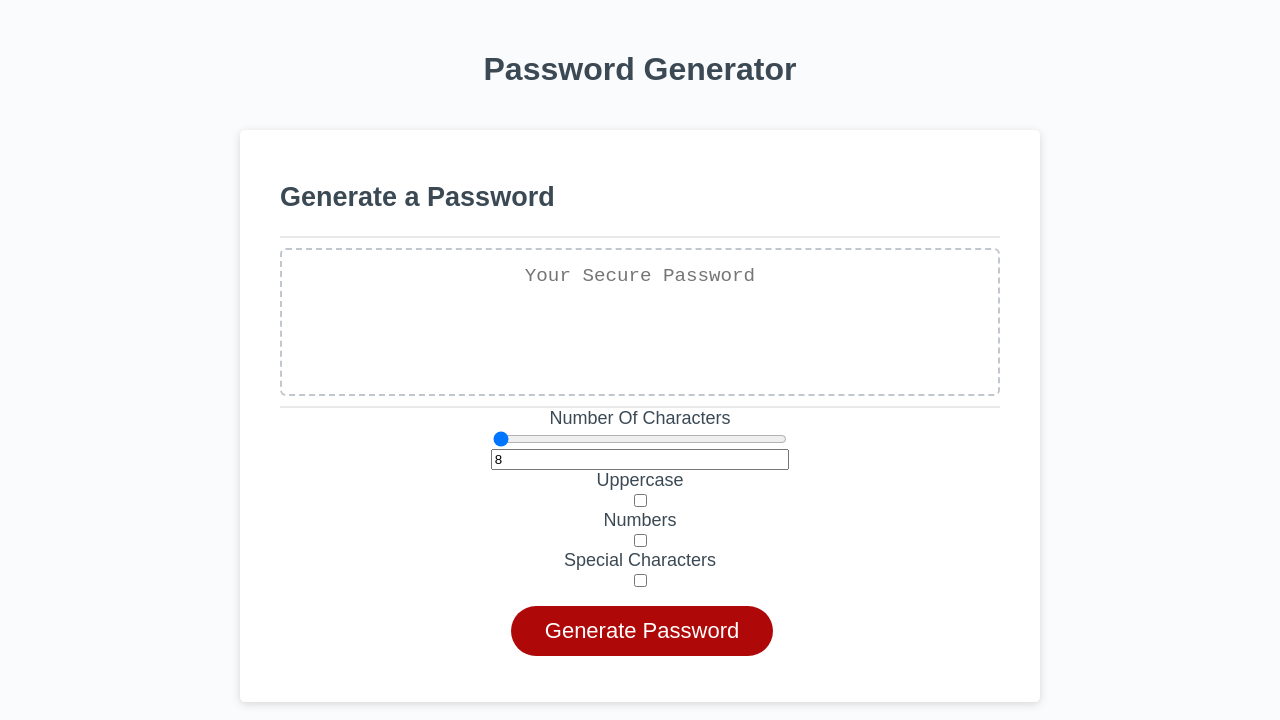
Repository: pnguyen6910/random-password-generator.pnguyen6910
Page: index.html
These files come from the project's save history. The page is drawn as it stood at one moment and after the next save; the edit follows.
The browser window is 1280 px wide. The pictures show the whole page.

Above is the page before, as saved 2021-02-06 17:28:35.

### index.html
<!DOCTYPE html>
<html lang="en">
  <head>
    <meta charset="UTF-8" />
    <meta name="viewport" content="width=device-width, initial-scale=1.0" />
    <meta http-equiv="X-UA-Compatible" content="ie=edge" />
    <title>Password Generator</title>
    <link rel="stylesheet" href="style.css" />
  </head>
  <body>
    <div class="wrapper">
      <header>
        <h1>Password Generator</h1>
      </header>
      <div class="card">
        <div class="card-header">
          <h2>Generate a Password</h2>
        </div>
        <div class="card-body">
          <textarea
            readonly
            id="password"
            placeholder="Your Secure Password"
            aria-label="Generated Password"
          ></textarea>
        </div>
        <div class="card-footer">
          <form class="form">
          <label for="characterAmountNumber">Number Of Characters</label>
          <input type="range" name="numOfCharactersslider" id="slider" min="8" max="128" value="8">
          <input type="number" name="numberOfCharacters" id="numInput" min="8" max="128" value="8">

          <lable for="uppercase">Uppercase</lable>
          <input type="checkbox" id="includeUppercase" class="float">

          <lable for="numbers">Numbers</lable>
          <input type="checkbox" id="includeNumbers" class="float">

          <lable for="specialCharacters">Special Characters</lable>
          <input type="checkbox" id="includeSpecialCharacters" class="float">
          <button type="submit" id="submit" class="btn">Generate Password</button>
        </form>
        </div>
      </div>
    </div>
    <script src="script.js"></script>
  </body>
</html>

### style.css
*,
*::before,
*::after {
  box-sizing: border-box;
}

html,
body,
.wrapper {
  height: 100%;
  margin: 0;
  padding: 0;
}

body {
  font-family: sans-serif;
  background-color: #f9fbfd;
}

.wrapper {
  padding-top: 30px;
  padding-left: 20px;
  padding-right: 20px;
}

header {
  text-align: center;
  padding: 20px;
  padding-top: 0px;
  color: hsl(206, 17%, 28%);
}

.card {
  background-color: hsl(0, 0%, 100%);
  border-radius: 5px;
  border-width: 1px;
  box-shadow: rgba(0, 0, 0, 0.15) 0px 2px 8px 0px;
  color: hsl(206, 17%, 28%);
  font-size: 18px;
  margin: 0 auto;
  max-width: 800px;
  padding: 30px 40px;
}

.card-header::after {
  content: " ";
  display: block;
  width: 100%;
  background: #e7e9eb;
  height: 2px;
}

.card-body {
  min-height: 100px;
}

.card-footer {
  text-align: center;
}

.card-footer::before {
  content: " ";
  display: block;
  width: 100%;
  background: #e7e9eb;
  height: 2px;
}

.card-footer::after {
  content: " ";
  display: block;
  clear: both;
}

.btn {
  border: none;
  background-color: hsl(360, 91%, 36%);
  border-radius: 25px;
  box-shadow: rgba(0, 0, 0, 0.1) 0px 1px 6px 0px rgba(0, 0, 0, 0.2) 0px 1px 1px
    0px;
  color: hsl(0, 0%, 100%);
  display: inline-block;
  font-size: 22px;
  line-height: 22px;
  margin: 16px 16px 16px 20px;
  padding: 14px 34px;
  text-align: center;
  cursor: pointer;
}

button[disabled] {
  cursor: default;
  background: #c0c7cf;
}

.float-right {
  float: right;
}

#password {
  -webkit-appearance: none;
  -moz-appearance: none;
  appearance: none;
  border: none;
  display: block;
  width: 100%;
  padding-top: 15px;
  padding-left: 15px;
  padding-right: 15px;
  padding-bottom: 85px;
  font-size: 1.2rem;
  text-align: center;
  margin-top: 10px;
  margin-bottom: 10px;
  border: 2px dashed #c0c7cf;
  border-radius: 6px;
  resize: none;
  overflow: hidden;
}

@media (max-width: 690px) {
  .btn {
    font-size: 1rem;
    margin: 16px 0px 0px 0px;
    padding: 10px 15px;
  }

  #password {
    font-size: 1rem;
  }
}

@media (max-width: 500px) {
  .btn {
    font-size: 0.8rem;
  }
}

/* form css */
.form {
  display: grid;
  grid-template-rows: auto;
  justify-content: center;
  align-items: center;
}

### script.js
let generate = document.querySelector("#generate")

After the next save:
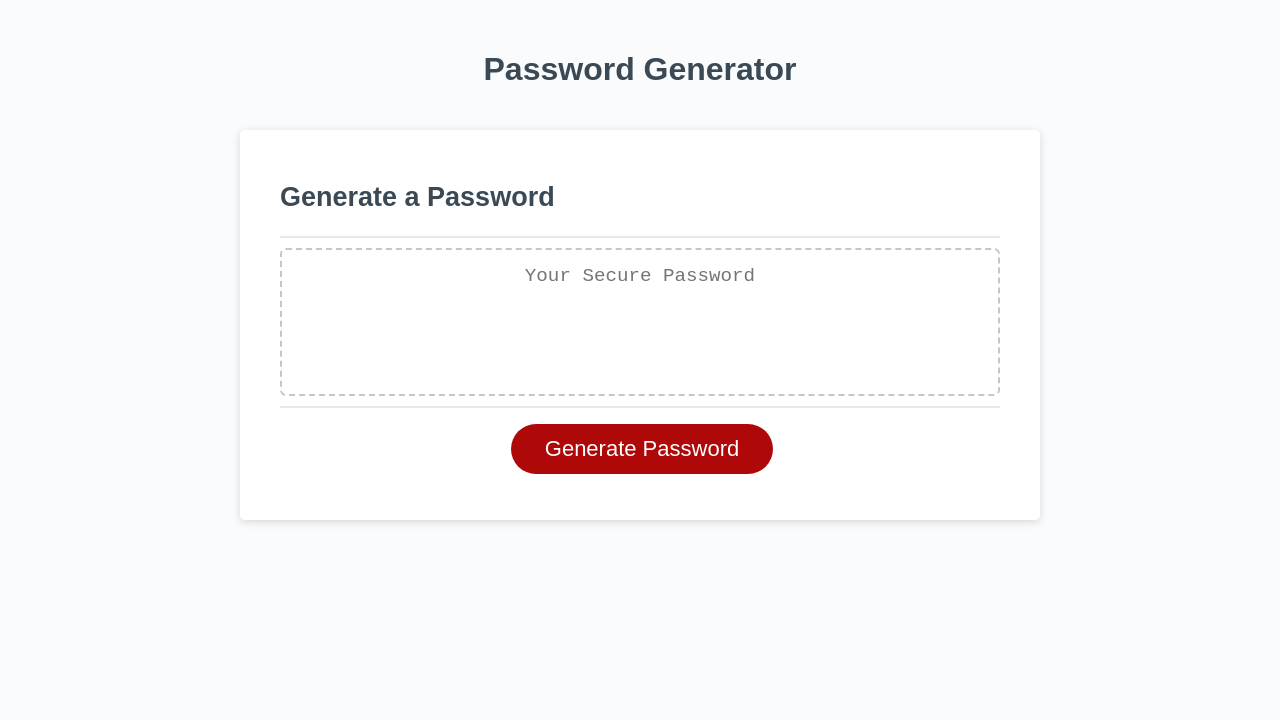
Saved 2 min 34 s later.
--- a/index.html
+++ b/index.html
@@ -25,21 +25,7 @@
           ></textarea>
         </div>
         <div class="card-footer">
-          <form class="form">
-          <label for="characterAmountNumber">Number Of Characters</label>
-          <input type="range" name="numOfCharactersslider" id="slider" min="8" max="128" value="8">
-          <input type="number" name="numberOfCharacters" id="numInput" min="8" max="128" value="8">
-
-          <lable for="uppercase">Uppercase</lable>
-          <input type="checkbox" id="includeUppercase" class="float">
-
-          <lable for="numbers">Numbers</lable>
-          <input type="checkbox" id="includeNumbers" class="float">
-
-          <lable for="specialCharacters">Special Characters</lable>
-          <input type="checkbox" id="includeSpecialCharacters" class="float">
-          <button type="submit" id="submit" class="btn">Generate Password</button>
-        </form>
+          <button id="generate" class="btn">Generate Password</button>
         </div>
       </div>
     </div>
